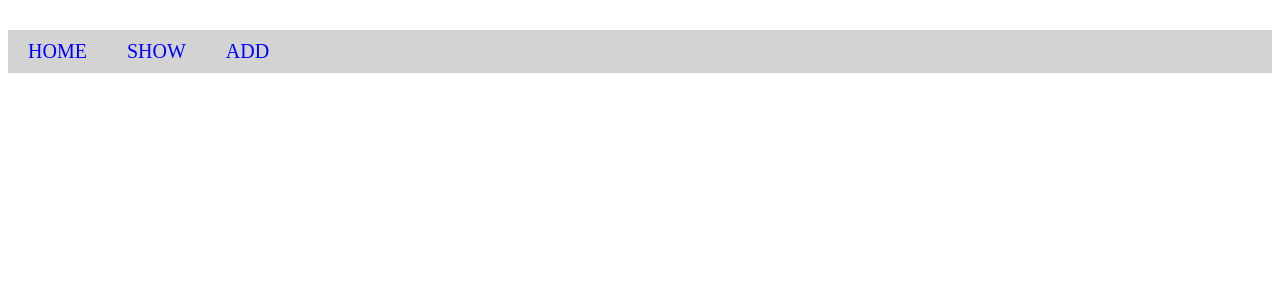
Repository: jalaj2123/SPRING-ORM
Page: Webap/src/main/webapp/home.html
These files come from the project's save history. The page is drawn as it stood at one moment and after the next save; the edit follows.
The browser window is 1280 px wide. The pictures show the whole page.

Above is the page before, as saved 2022-03-16 12:56:06.

### Webap/src/main/webapp/home.html
<!DOCTYPE html>
<html>
<head>
<meta charset="ISO-8859-1">
<title>Insert title here</title>

<style>
ul
{
  list-style-type: none;
  margin: 0;
  padding: 0px;
  overflow: hidden;
  background-color: lightgray;
}
li a {
  display: block;
  color: blue;
 font-size:20px;
  text-align: center;
  padding: 10px 20px;
  text-decoration: none;
}
  li
   {
  float: left;
}
li a:hover
{
  background-color: orange;
  color: black;
}


</style>
</head>
<body>
<marquee behavior="scroll" direction="right">MVC,MAVEN</marquee>
<ul>
<li><a href="home.html">HOME</a></li>
<li><a href="index.jsp">SHOW</a></li>
<li><a href="Insert">ADD</a></li>
</ul>
</body>
</html>

After the next save:
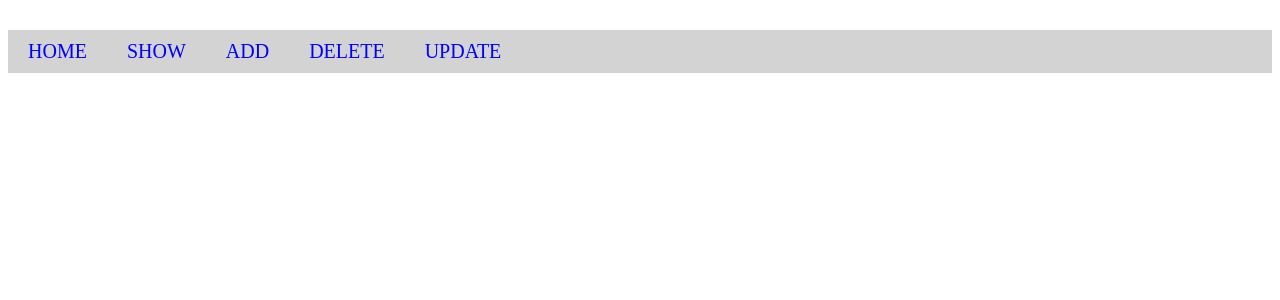
Saved 97 s later.
--- a/Webap/src/main/webapp/home.html
+++ b/Webap/src/main/webapp/home.html
@@ -40,6 +40,8 @@ li a:hover
 <li><a href="home.html">HOME</a></li>
 <li><a href="index.jsp">SHOW</a></li>
 <li><a href="Insert">ADD</a></li>
+<li><a href="Insert">DELETE</a></li>
+<li><a href="Insert">UPDATE</a></li>
 </ul>
 </body>
 </html>
